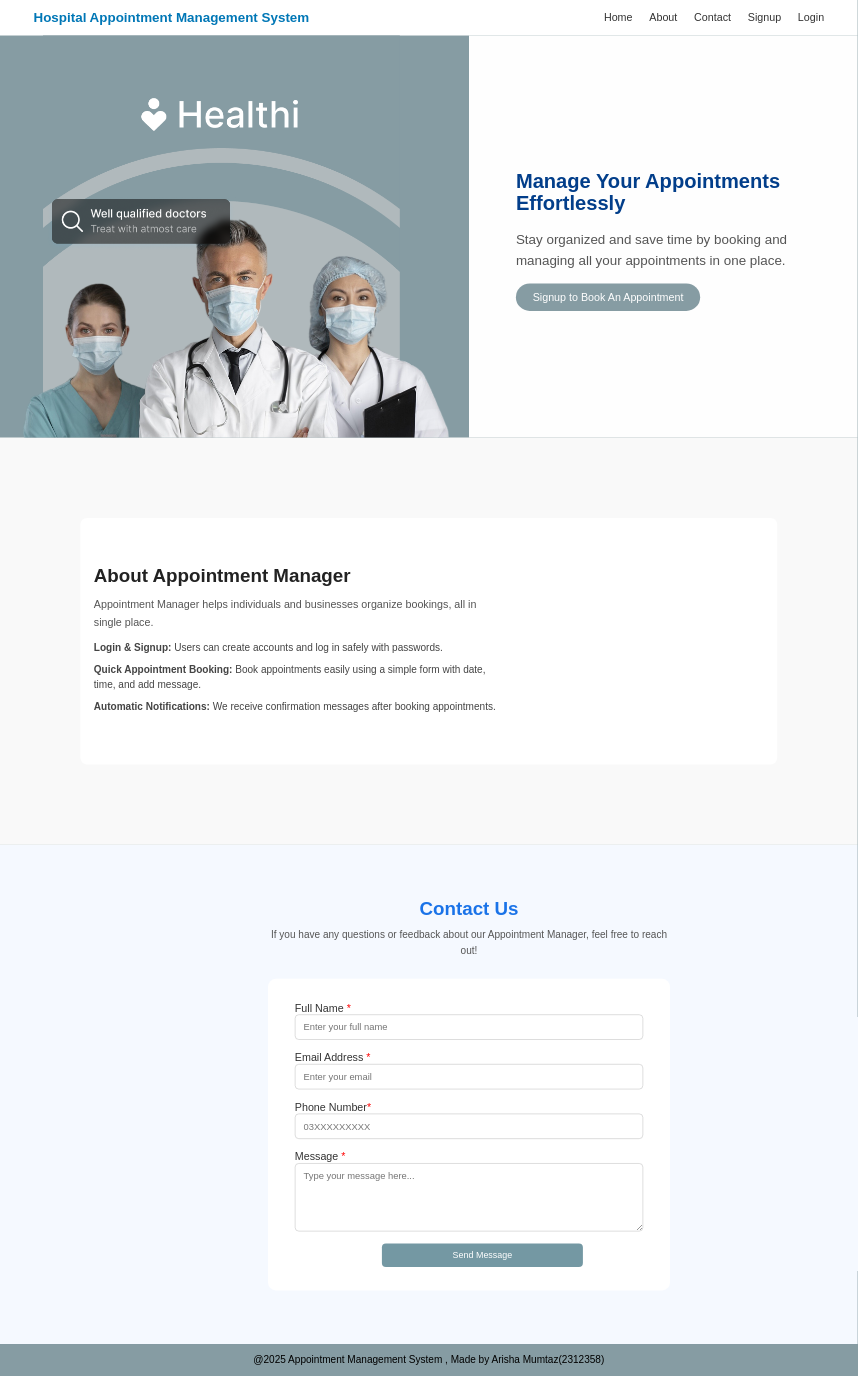
Repository: Arisha004/hospital-management-midterm-
Page: http://localhost/landingpage.html
These files come from the project's save history. The page is drawn as it stood at one moment and after a run of saves; the edit follows.
The browser window is 1280 px wide. The pictures show the whole page, at 67% of full size.
The pointer rests on the first visible `.contact-form .btn`.
The page is run by PHP 8.4 with error messages shown; the project is at /var/www/html/.

Above is the page before, as saved 2025-11-02 21:13:20.

### landingpage.html

<html>
<head>
  <title>Appointment Management System</title>
  <link rel="stylesheet" href="style.css">
  <style>

  h2 {
    color: #007bff;
  }
  button{
  display: inline-block;
  background-color: #869CA3;
  color: #fff;
  padding: 10px 22px;
  border: none;
  border-radius: 6px;
  cursor: pointer;
  font-weight: 500;
   text-align: center;
}


a{
  color: white;
  text-decoration: none;
}
  </style>
</head>
<body>
  <header class="navbar">
    <div class="logo">Hospital Appointment Management System</div>
    <nav>
      <ul>
        <li><a href="#landing">Home</a></li>
        <li><a href="about.html">About</a></li>
        <li><a href="contact.html">Contact</a></li>
        <li><a href="signup.php">Signup</a></li>
        <li><a href="login.php">Login</a></li>

      </ul>
    </nav>
  </header>


  <section class="landing">
      <div class="right"></div>
    <div class="left">
      <h1>Manage Your Appointments Effortlessly</h1>
      <p>Stay organized and save time by booking and managing all your appointments in one place.</p>
      <a href="signup.php" class="btn">Signup to Book An Appointment</a>
    </div>

  </section>



  <section id="about" class="about">
    <div class="container about-inner">
      <div class="about-content">
        <h2>About Appointment Manager</h2>
        <p>Appointment Manager helps individuals and businesses organize bookings, all in single place.</p>
        <ul class="features">
              <li><strong> Login & Signup:</strong> Users can create accounts and log in safely with  passwords.</li>
<li><strong>Quick Appointment Booking:</strong> Book appointments easily using a simple form with date, time, and add message.</li>
<li><strong>Automatic Notifications:</strong> We receive confirmation messages after booking appointments.</li>

        </ul>
      </div>
    </div>
  </section>

<section id="contact" class="contact">
    <div class="container contact-inner">
      <h2>Contact Us</h2>
      <p>If you have any questions or feedback about our Appointment Manager, feel free to reach out!</p>

      <form action="insertcontactform.php" method="post" class="contact-form">
        <div class="form-group">
          <label>Full Name <span>*</span></label>
          <input type="text" id="name" name="name" placeholder="Enter your full name" pattern="^[A-Za-z]{3,}( [A-Za-z]+)?$" title="Full name should contain only letters and spaces, and must be at least 3 characters long.">

        </div>

        <div class="form-group">
          <label>Email Address <span>*</span></label>
          <input type="email" id="email" name="email" placeholder="Enter your email" title="Please enter a valid email address, e.g. example@gmail.com." required>
        </div>

        <div class="form-group">
          <label>Phone Number<span>*</span></label>
          <input type="tel" id="phone" name="phone" placeholder="03XXXXXXXXX" required pattern="[0-9]{11}" title="Enter 11-digit number only">
        </div>

        <div class="form-group">
          <label>Message <span>*</span></label>
          <textarea id="message" name="message" rows="5" placeholder="Type your message here..." required  pattern=".*\S.*" minlength="10"  title="Message must be at least 10 characters long.Cannot enter only spaces"></textarea>
        </div>

        <button type="submit" class="btn">Send Message</button>
      </form>
    </div>
</section>



  <footer>
    <p> @2025 Appointment Management System , Made by Arisha Mumtaz(2312358)</p>
  </footer>
</body>
</html>

### style.css

* {
  margin: 0;
  padding: 0;
  font-family: 'Poppins', sans-serif;
}

body {
  background: #869CA3;
  color: #333;
}

.about {
  background-color: #f9f9f9;
  padding: 80px 0; /*80px top & bottom, 0 left & right */
}

.about-image img {

  width: 450px;
  border-radius: 10px;
}

.about-content {
  margin-top: 20px;
  width: 300px;
}

.about-content h2 {
  font-size: 28px;
  color: #1a73e8;
  margin-bottom: 15px;
}

.about-content p {
  font-size: 16px;
  color: #555;
  line-height: 1.6;
  margin-bottom: 20px;
}

.features {
  list-style: none;
  padding: 0;
  margin-bottom: 25px;
}

.features li {
  margin-bottom: 10px;
  color: #444;
  font-size: 15px;
  line-height: 1.5;
}



/* Contact Section */
.contact {
  background-color: #f5f9ff;
  padding: 80px 0;
}

.contact-inner {
  width: 600px;
  margin-left: 400PX;
  text-align: center;
}

.contact h2 {
  font-size: 28px;
  color: #1a73e8;
  margin-bottom: 10px;
}

.contact p {
  color: #555;
  margin-bottom: 30px;
  font-size: 15px;
  line-height: 1.6;
}

.contact-form {
  background-color: #fff;
  padding: 35px 40px;
  border-radius: 12px;
  text-align: left;
}

.form-group {
  margin-bottom: 18px;
}

label {
  font-weight: 500;
  margin-bottom: 6px;
  color: #333;
}

label span {
  color: red;
}

input, textarea {
  width: 100%;
  padding: 10px 12px;
  border: 1px solid #ccc;
  border-radius: 6px;
  font-size: 14px;
}



.contact-form .btn {
  display: inline-block;
  background-color: #869CA3;
  color: #fff;
  padding: 10px 22px;
  border: none;
  border-radius: 6px;
  cursor: pointer;
  font-weight: 500;

  margin-left: 130px;
   text-align: center;
}

.contact-form .btn:hover {
  background-color: #7498a3;
}


.navbar {
  display: flex;
  justify-content: space-between;
  align-items: center;
  padding: 15px 50px;
  background: #fff;

 }

.navbar .logo {
  font-weight: 700;
  font-size: 20px;
  color: #0077b6;
}

.navbar ul {
  display: flex;
  list-style: none;
}

.navbar ul li a {
  text-decoration: none;
  color: #333;
  margin-left: 25px;
}

.navbar ul li a:hover {
  color: #0077b6;
}

/* Split Landing Section */
.landing {
  display: flex; /*makes .landing a flex container.*/
  height: 600px;
}


  button{

  display: inline-block;
  background-color: #869CA3;
  color: #fff;
  padding: 10px 22px;
  border: none;
  border-radius: 6px;
  cursor: pointer;
  font-weight: 500;

   text-align: center;
}


.landing .left {
  flex: 1;
  width: 50%;
  padding: 0 70px; /*adds 70px space on left and right (inner spacing).*/
  background: #fefefe;
}


.landing .left h1 {
  margin-top: 200px;
  font-size: 30px;
  color: #023e8a;
  margin-bottom: 20px;
}

.landing .left p {
  font-size: 20px;
  color: #555;
  margin-bottom: 30px;
  line-height: 1.6;
}

.btn {
  background: #869CA3;
  color: #fff;
  padding: 12px 25px;
  border-radius: 30px;
  text-decoration: none;
  font-weight: 300;
  width: 300px;
}


.landing .right {
  width:700px;
  background:url(images/pic1.png);
  background-repeat: no-repeat;
  background-size: cover;
}





.form1-container {
  width: 520px;
  margin: 80px auto;
  background: white;
  padding: 20px;
  border-radius: 8px;
}

.form1-container h2 {
  text-align: center;
  color: #333;
}

.form1-container label {
  display: block;
  margin-top: 10px;
  color: #555;
}

.form1-container input {
  width: 100%;
  padding: 8px;
  margin-top: 5px;
  border: 1px solid #ccc;
  border-radius: 4px;
}

.form1-container button {
  width: 100%;
  margin-top: 15px;
  padding: 10px;
  background: #869CA3;
  border: none;
  color: white;
  border-radius: 4px;
  cursor: pointer;
}

.form1-container button:hover {
  background: #7498a3;
}

.form1-container p {
  text-align: center;
  margin-top: 10px;
}

.success {
  text-align: center;
  background: #d4edda;
  color: #155724;
  padding: 8px;
  border-radius: 5px;
  margin: 10px auto;
  width: 320px;
}

.error {
  text-align: center;
  background: #f8d7da;
  color: #721c24;
  padding: 8px;
  border-radius: 5px;
  margin: 10px auto;
  width: 320px;
}

footer {
  text-align: center;
  padding: 15px;
 background-color:#869CA3;
  color: black;
  font-size: 15px;

}

.container.about-inner {
  padding: 50px 20px;
  background-color: #fff;
  margin: 40px auto;
  width: 1000px;
  border-radius: 10px;

}


.about-content {
  width: 600px;
}

.about-content h2 {
  font-size: 28px;
  margin-bottom: 15px;
  color: #222;
}

.about-content p {
  font-size: 16px;
  line-height: 1.6;
  margin-bottom: 15px;
}

After the next 2 saves:
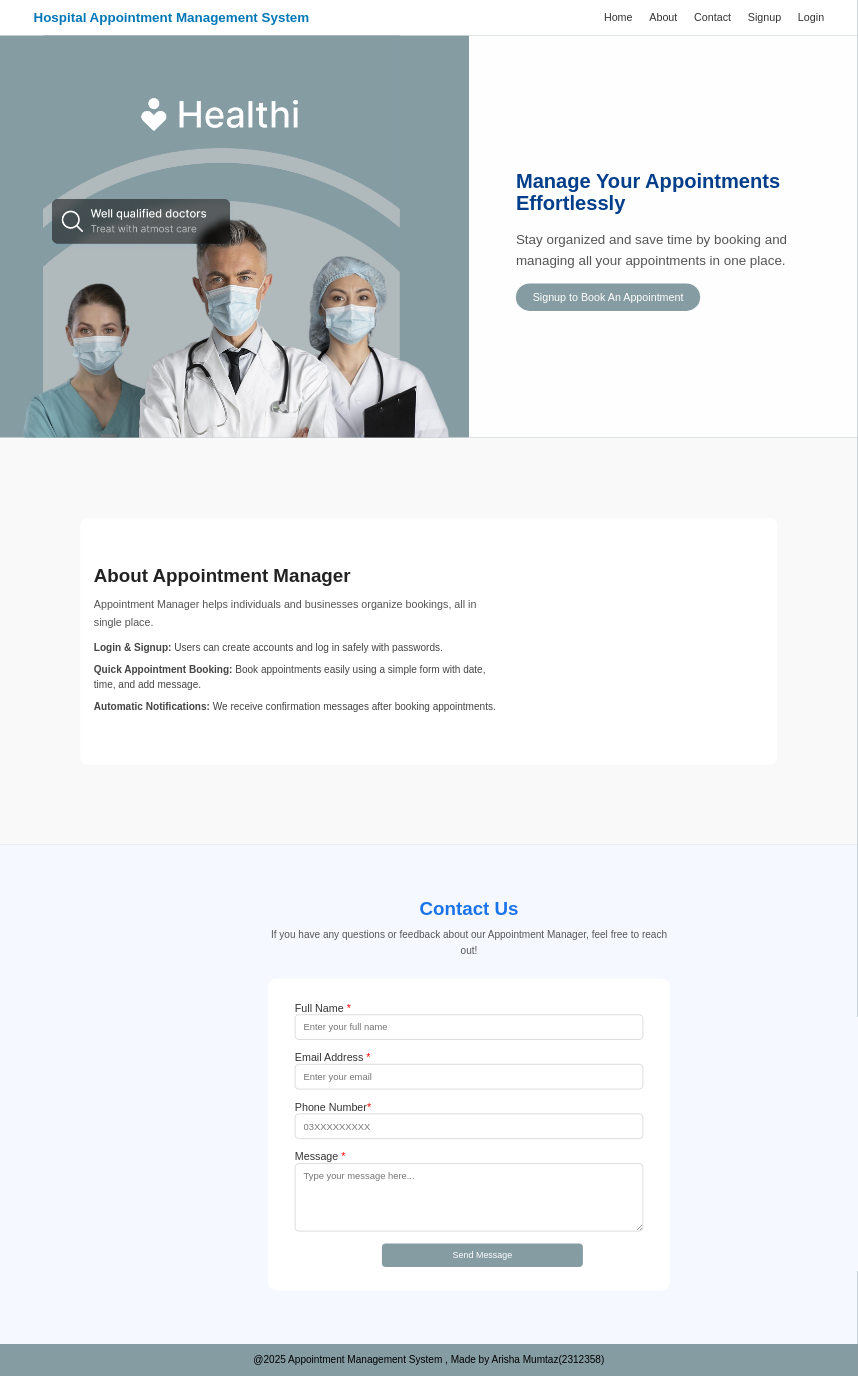
The 2 saves are shown as one change because they came seconds apart.
The last was saved 8 s later.
--- a/style.css
+++ b/style.css
@@ -124,10 +124,6 @@ input, textarea {
    text-align: center;
 }
 
-.contact-form .btn:hover {
-  background-color: #7498a3;
-}
-
 
 .navbar {
   display: flex;
@@ -263,9 +259,6 @@ input, textarea {
   cursor: pointer;
 }
 
-.form1-container button:hover {
-  background: #7498a3;
-}
 
 .form1-container p {
   text-align: center;
